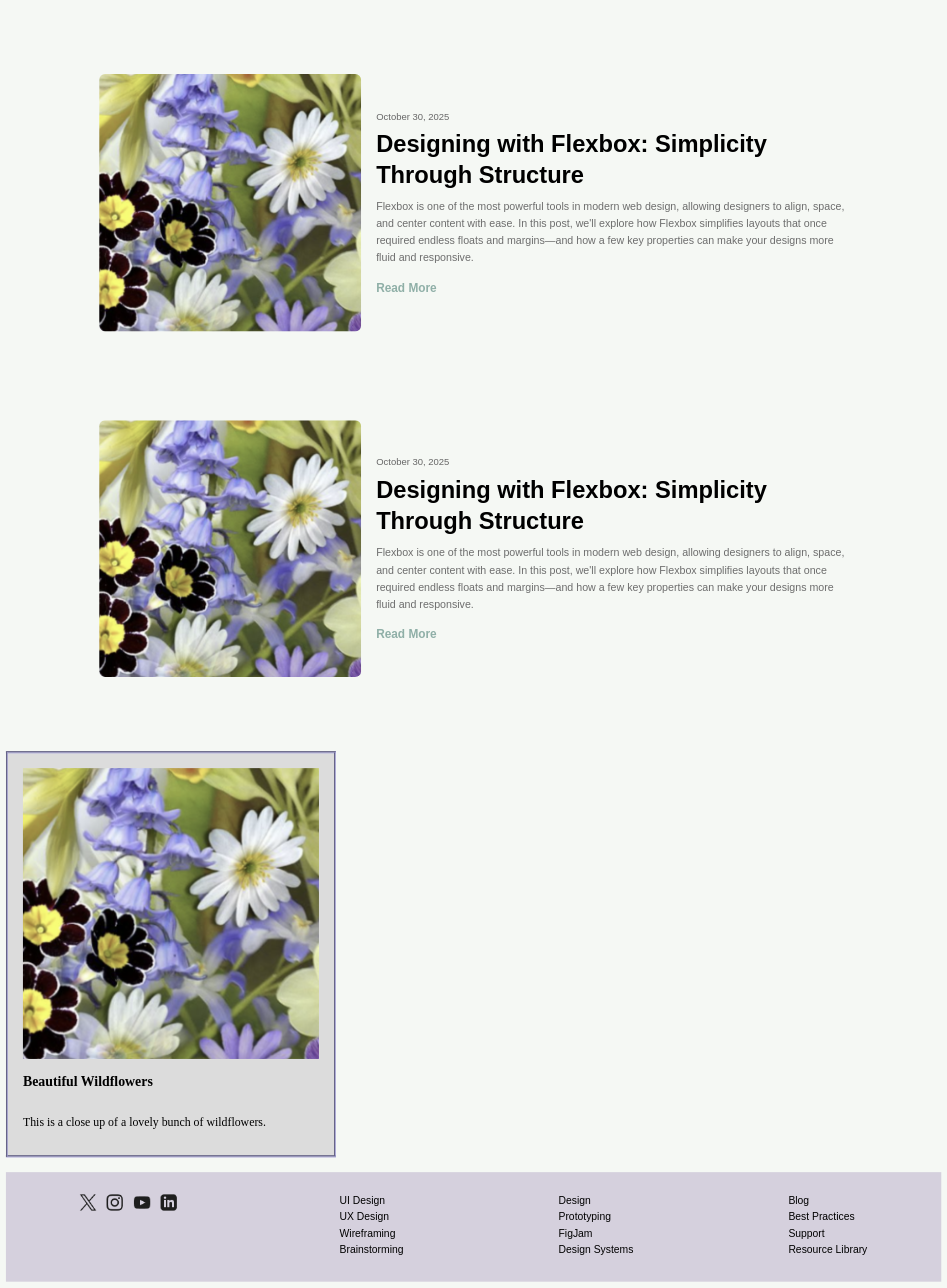
Repository: Brittany-Westlund/WebDesign
Page: Assignment5/flexbox.html
The author's editor kept a copy of each file at every save. The page is drawn from the files as they stood at one save, then again after the next save.
The browser window is 1280 px wide. The pictures show the whole page, at 74% of full size.

Above is the page before, as saved 2025-11-18 19:03:32.

After the next save:
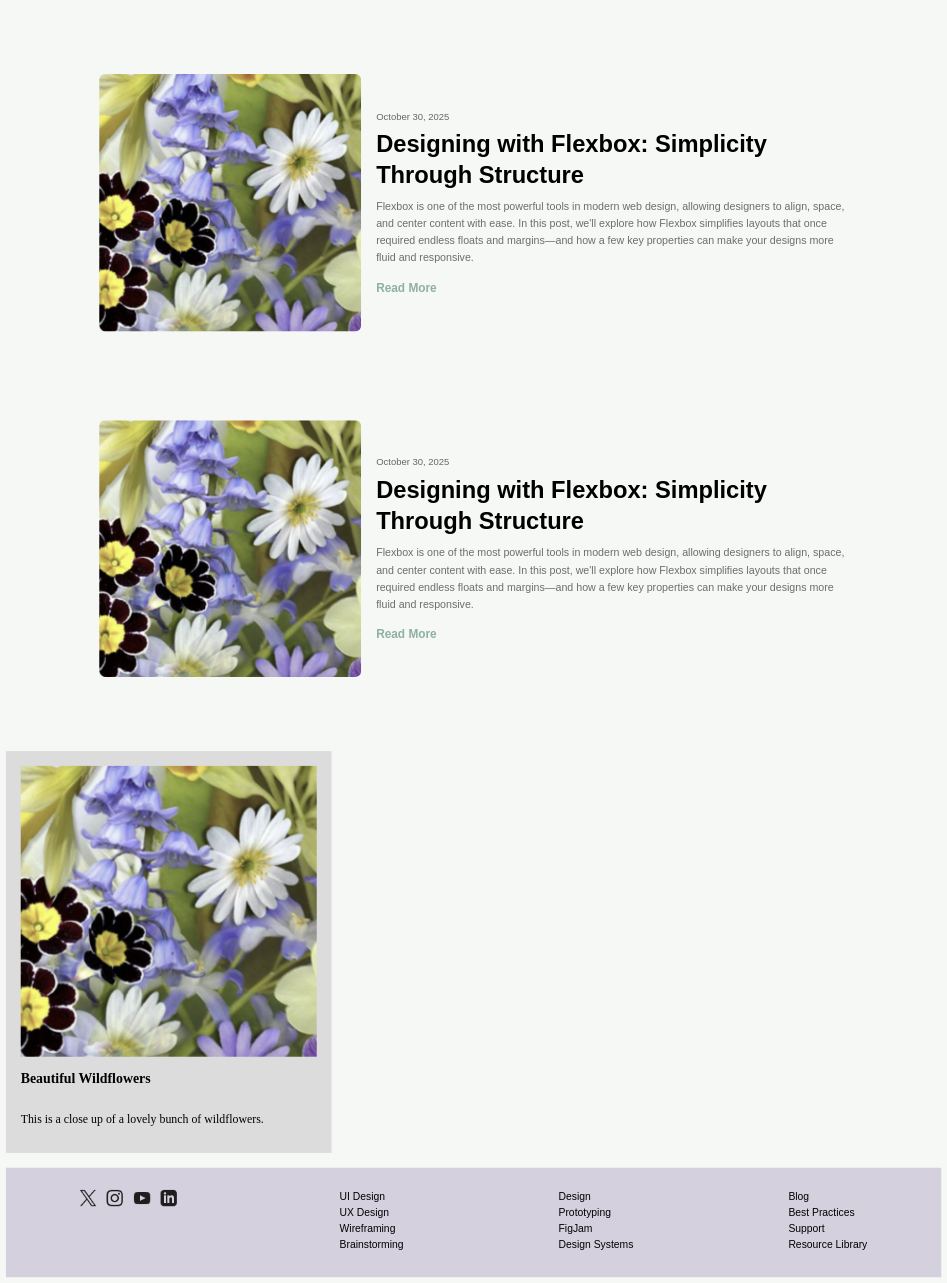
Saved 22 s later.
--- a/Assignment5/style/style.css
+++ b/Assignment5/style/style.css
@@ -102,8 +102,6 @@ body {
   flex-direction: column;
   gap: 5%;
   padding: 20px;
-  border-style: groove;
-  border-color: rgb(166, 162, 219);
   background-color: gainsboro;
   max-width: 400px;
   margin-bottom: 20px;
